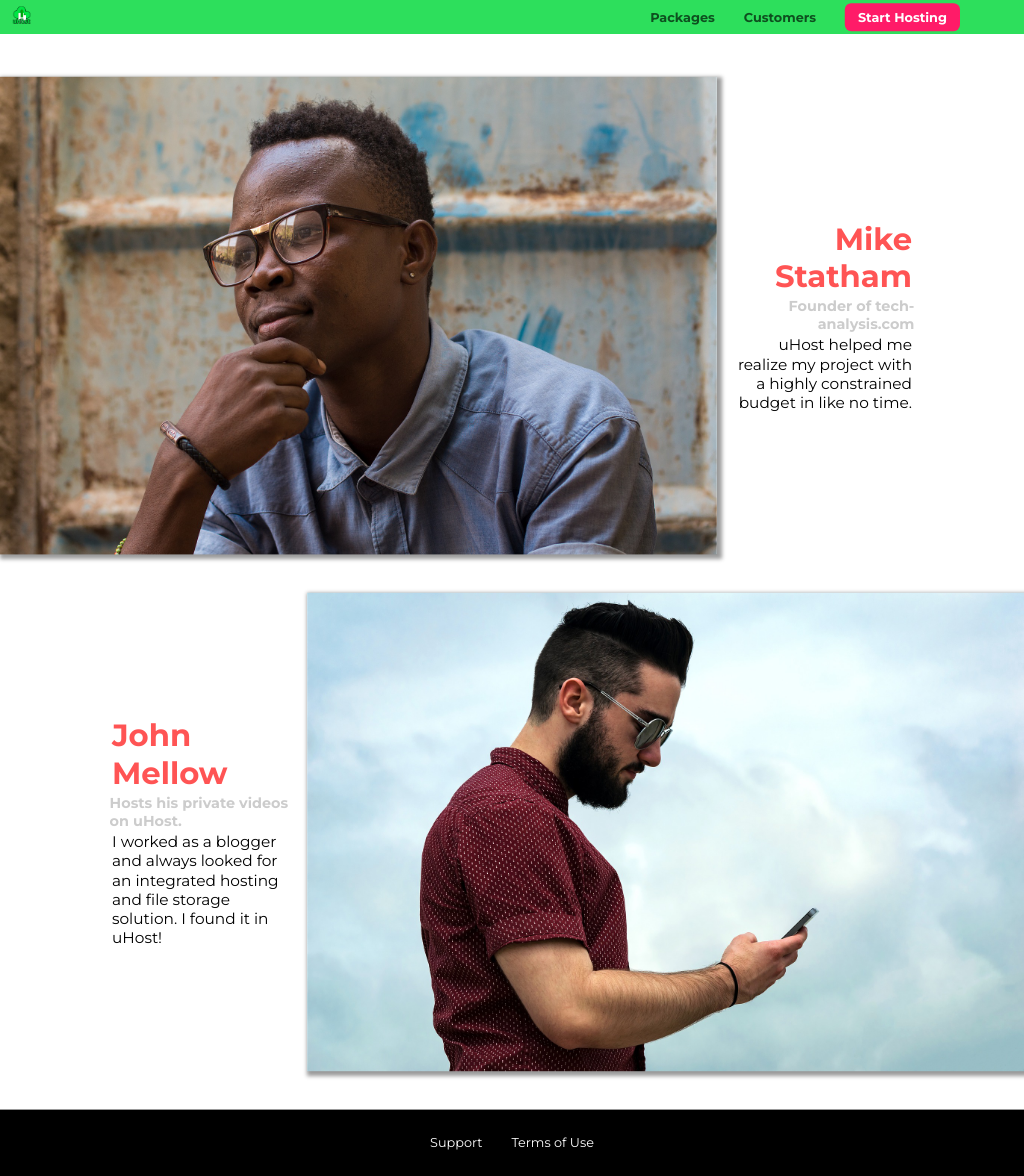
Repository: Nowacki97PL/UdemyCSS
Page: customers/index.html
An editor plug-in stored every save of this project. The page is shown before and after the next save, followed by the edit.
The browser window is 1280 px wide. The pictures show the whole page, at 80% of full size.

Above is the page before, as saved 2023-11-18 14:40:22.

### customers/index.html
<!DOCTYPE html>
<html lang="en">

<head>
    <meta charset="UTF-8">
    <meta name="viewport" content="width=device-width, initial-scale=1.0">
    <meta http-equiv="X-UA-Compatible" content="ie=edge">
    <title>uHost Customers</title>
    <link rel="shortcut icon" href="../images/favicon.png">
    <link href="https://fonts.googleapis.com/css?family=Anton|Montserrat:400,700" rel="stylesheet">
    <link rel="stylesheet" href="customers.css">
    <link rel="stylesheet" href="../shared.css">
    <link rel="stylesheet" href="../main.css">
</head>

<body>
    <div class="backdrop"></div>
    <header class="main-header">
        <div>
            <a href="../index.html" class="main-header__brand">
                <img src="../images/uhost-icon.png" alt="logo">
            </a>
        </div>
        <nav class="main-nav">
            <ul class="main-nav__items">
                <li class="main-nav__item">
                    <a href="packages/index.html">Packages</a>
                </li>
                <li class="main-nav__item">
                    <a href="customers/index.html">Customers</a>
                </li>
                <li class="main-nav__item main-nav__item--cta">
                    <a href="start-hosting/index.html">Start Hosting</a>
                </li>
            </ul>
        </nav>
    </header>

    <main>
        <div>
            <div class="testimonial" id="customer-1">
                <div class="testimonial__image-container">
                    <img src="../images/customer-1.jpg" alt="Mike Statham - Customer" class="testimonial__image">
                </div>
                <div class="testimonial__info">
                    <h1 class="testimonial__name">Mike Statham</h1>
                    <h2 class="testimonial__subtitle">Founder of
                        <a href="tech-analysis.com">tech-analysis.com</a>
                    </h2>
                    <p class="testimonial__text">uHost helped me realize my project with a highly constrained budget in like no time.</p>
                </div>
            </div>
            <div class="testimonial" id="customer-2">

                <div class="testimonial__info">
                    <h1 class="testimonial__name">John Mellow</h1>
                    <h2 class="testimonial__subtitle">Hosts his private videos on uHost.
                    </h2>
                    <p class="testimonial__text">I worked as a blogger and always looked for an integrated hosting and file storage solution. I found
                        it in uHost!
                    </p>
                </div>
                <div class="testimonial__image-container">
                    <img src="../images/customer-2.jpg" alt="John Mellow - Customer" class="testimonial__image">
                </div>
            </div>
        </div>
    </main>
    <footer class="main-footer">
        <nav>
            <ul class="main-footer__links">
                <li class="main-footer__link">
                    <a href="#">Support</a>
                </li>
                <li class="main-footer__link">
                    <a href="#">Terms of Use</a>
                </li>
            </ul>
        </nav>
    </footer>
</body>

</html>

### customers/customers.css
.testimonial {
    font-size: 1.2em;
    margin: 48px 0;
  }

  .testimonial__list {
    width: 80%;
    margin: auto;
  }

  .testimonial:first-of-type {
    margin-top: 96px;
  }

  .testimonial__image-container {
    width: 70%;
    display: inline-block;
    vertical-align: middle;
    box-shadow: 3px 3px 5px 3px rgba(0, 0,  0, 0.4);
  }

  .testimonial__image {
    width: 100%;
    vertical-align: top;
  }

  .testimonial__info {
    text-align: right;
    padding: 14px;
    display: inline-block;
    vertical-align: middle;
    width: 20%;
  }

  #customer-2.testimonial {
    text-align: right;
  }

  #customer-2 .testimonial__info {
    text-align: left;
  }

  .testimonial__name {
    margin: 3px;
    color: #ff5454;
  }

  .testimonial__subtitle {
    margin: 0;
    font-size: 18px;
    color: #ccc;
  }

  .testimonial__subtitle a {
    color: inherit;
    text-decoration: none;
  }

  .testimonial__subtitle a:hover,
  .testimonial__subtitle a:active {
    color: #7a7a7a;
  }

  .testimonial__text {
    margin: 3px;
  }

### shared.css
* {
    box-sizing: border-box;
}

body {
    font-family: 'Montserrat', sans-serif;
    margin: 0;
}

.backdrop {
    position: fixed;
    top: 0;
    left: 0;
    display: none;
    z-index: 100;
    width: 100%;
    height: 100%;
    background: rgba(0, 0, 0, 0.5);
}

.main-header {
    width: 100%;
    position: fixed;
    top: 0;
    left: 0;
    background: #2ddf5c;
    padding: 8px 16px;
    z-index: 1;
}

.main-header > div {
    display: inline-block;
    vertical-align: middle;
}

.main-header__brand {
    color: #0e4f1f;
    text-decoration: none;
    font-weight: bold;
    font-size: 22px;
    display: inline-block;
    height: 22px;
}

.main-header__brand img {
    height: 22px;
}

.main-nav {
    display: inline-block;
    text-align: right;
    width: calc(100% - 74px);
    vertical-align: middle;
}

.main-nav__items {
    margin: 0;
    padding: 0;
    list-style: none;
}

.main-nav__item {
    display: inline-block;
    margin: 0 16px;
}

.main-nav__item a {
    text-decoration: none;
    color: #0e4f1f;
    font-weight: bold;
    padding: 3px 0;
}

.main-nav__item a:hover,
.main-nav__item a:active {
    color: white;
    border-bottom: 5px solid white;
}

.main-nav__item--cta a {
    color: white;
    background: #ff1b68;
    padding: 8px 16px;
    border-radius: 8px;
}

.main-nav__item--cta a:hover,
.main-nav__item--cta a:active {
    color: #ff1b68;
    background: white;
    border: none;
}

.main-footer {
    background: black;
    padding: 32px;
    margin-top: 48px;
}

.main-footer__links {
    list-style: none;
    margin: 0;
    padding: 0;
    text-align: center;
}

.main-footer__link {
    display: inline-block;
    margin: 0 16px;
}

.main-footer__link a {
    color: white;
    text-decoration: none;
}

.main-footer__link a:hover,
.main-footer__link a:active {
    color: #ccc;
}

.button {
    background: #0e4f1f;
    color: white;
    font: inherit;
    border: 1.5px solid #0e4f1f;
    padding: 8px;
    border-radius: 8px;
    font-weight: bold;
    cursor: pointer;
}

.button:hover,
.button:active {
    background: white;
    color: #0e4f1f;
}

.button:focus {
    outline: none;
}

### main.css


#product-overview {
    background: url("images/freedom.jpg") left 10% bottom 80%/cover no-repeat border-box;
    width: 100%;
    height: 528px;
    padding: 10px;
    position: relative;
}

.section-title {
    color: #2ddf5c;
    text-align: center;
}

#product-overview h1 {
    color: white;
    font-family: 'Anton', sans-serif;
    position: absolute;
    bottom: 5%;
    left: 3%;
}

.plan__list {
    width: 80%;
    margin: auto;
    text-align: center;
}

.plan {
    background: #d5ffdc;
    text-align: center;
    padding: 16px;
    margin: 8px;
    display: inline-block;
    width: 30%;
    vertical-align: middle;
    border-radius: 10px;
}

.plan--highlighted {
    border-radius: 10px;
    background: #19b84c;
    color: white;
    box-shadow: 3px 3px 5px 3px rgba(0, 0, 0, 0.5);
}

.plan__annotation {
    background: white;
    color: #19b84c;
    padding: 8px;
    box-shadow: 2px 2px 2px 2px rgba(0, 0, 0, 0.5);
    border-radius: 8px;
}

.plan__title {
    color: #0e4f1f;
}

.plan__price {
    color: #858585;
}

.plan--highlighted .plan__title {
    color: white;
}

.plan--highlighted .plan__price {
    color: #0e4f1f;
}

.plan__features {
    list-style: none;
    margin: 0;
    padding: 0;
}

.plan__feature {
    margin: 8px 0;
}

#key-features {
    background: #ff1b68;
    margin-top: 80px;
    padding: 16px;
}

#key-features .section-title {
    color: white;
    margin: 32px;
}

.key-feature__list {
    list-style: none;
    margin: 0;
    padding: 0;
    text-align: center;
}

.key-feature {
    display: inline-block;
    width: 30%;
    vertical-align: top;
}

.key-feature__image {
    background: #ffcede;
    width: 128px;
    height: 128px;
    border: 2px solid #424242;
    border-radius: 50%;
    margin: auto;
    padding: 20px;
}

.key-feature__description {
    text-align: center;
    font-weight: bold;
    color: white;
    font-size: 20px;
}

/* h1 {
    font-family: sans-serif;
} */

After the next save:
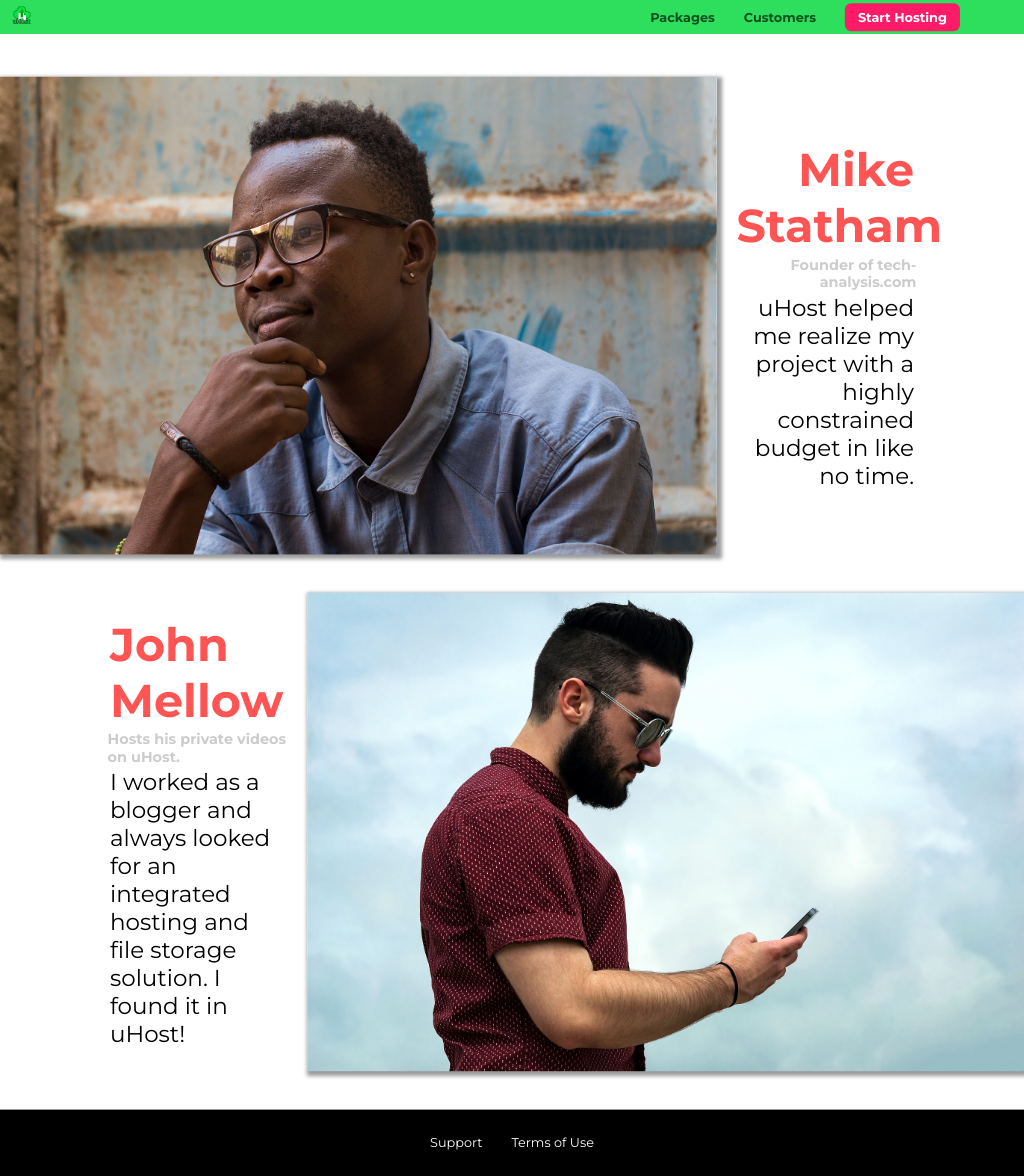
Saved 45 s later.
--- a/customers/customers.css
+++ b/customers/customers.css
@@ -1,5 +1,5 @@
 .testimonial {
-    font-size: 1.2em;
+    font-size: 1.8em;
     margin: 48px 0;
   }
 

After the save that followed:
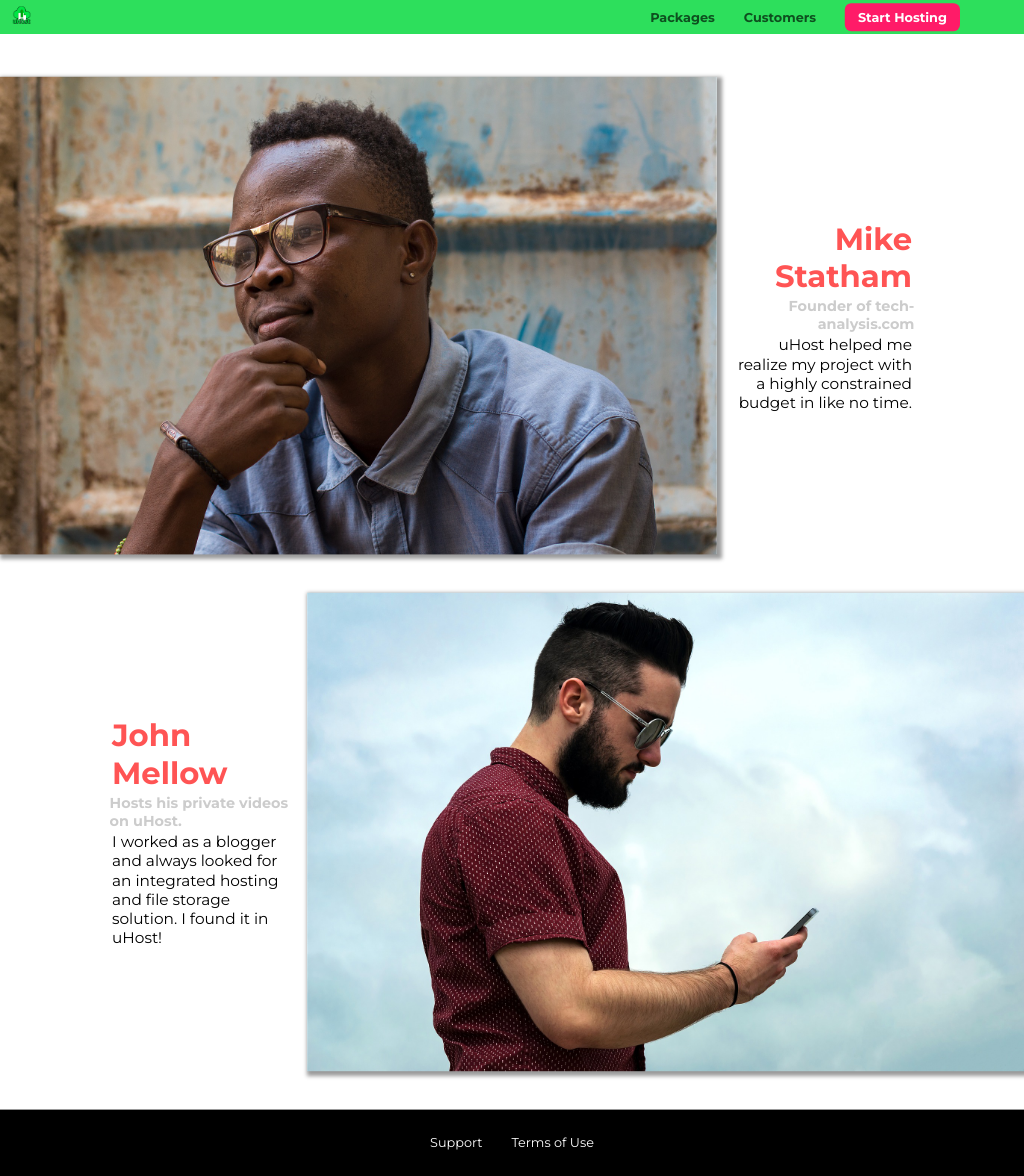
Saved 4 s later.
--- a/customers/customers.css
+++ b/customers/customers.css
@@ -1,5 +1,5 @@
 .testimonial {
-    font-size: 1.8em;
+    font-size: 1.2em;
     margin: 48px 0;
   }
 
